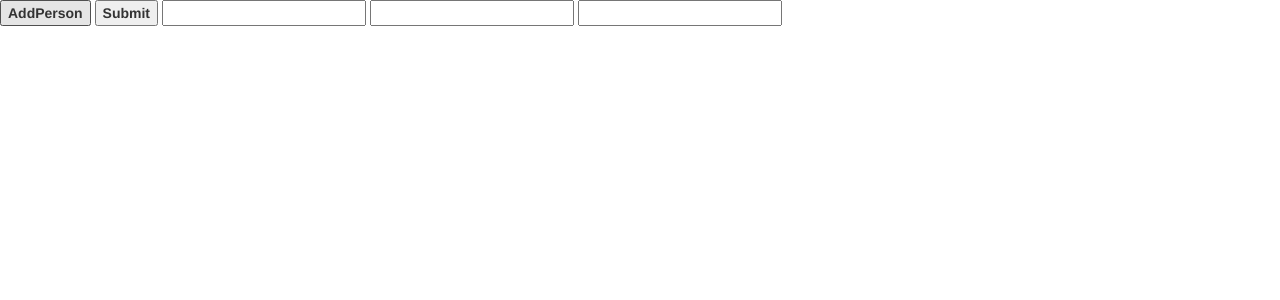
Repository: ManojAndroid/WellcomeToAndroidApp
Page: AddressBook_App/Bootstrap_Project/WebContent/index.html
The author's editor kept a copy of each file at every save. The page is drawn from the files as they stood at one save, then again after the next save.
The browser window is 1280 px wide. The pictures show the whole page.

Above is the page before, as saved 2017-04-18 11:20:13.
Console error (its wording comes from the project's code and is left out).

### AddressBook_App/Bootstrap_Project/WebContent/index.html
<!DOCTYPE html>
<html>
<head>
<meta charset="UTF-8">
<title>Insert title here</title>
<link rel="stylesheet"
	href="https://maxcdn.bootstrapcdn.com/bootstrap/3.3.7/css/bootstrap.min.css"
	integrity="sha384-BVYiiSIFeK1dGmJRAkycuHAHRg32OmUcww7on3RYdg4Va+PmSTsz/K68vbdEjh4u"
	crossorigin="anonymous">
<link rel="stylesheet"
	href="https://maxcdn.bootstrapcdn.com/bootstrap/3.3.7/css/bootstrap-theme.min.css"
	integrity="sha384-rHyoN1iRsVXV4nD0JutlnGaslCJuC7uwjduW9SVrLvRYooPp2bWYgmgJQIXwl/Sp"
	crossorigin="anonymous">
<script
	src="https://maxcdn.bootstrapcdn.com/bootstrap/3.3.7/js/bootstrap.min.js"
	integrity="sha384-Tc5IQib027qvyjSMfHjOMaLkfuWVxZxUPnCJA7l2mCWNIpG9mGCD8wGNIcPD7Txa"
	crossorigin="anonymous"></script>

</head>
<body>
<form action="">
<label><input type="submit" value="AddPerson"></label>
<label><input type="submit"></label>
<label><input type="AddPerson"></label>
<label><input type="AddPerson"></label>
<label><input type="AddPerson"></label>



</form>

</body>
</html>

After the next save:
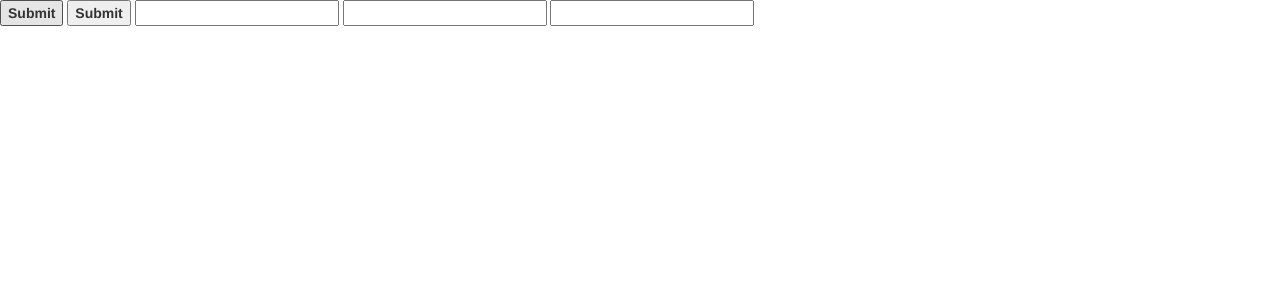
Saved 2 min 48 s later.
--- a/AddressBook_App/Bootstrap_Project/WebContent/index.html
+++ b/AddressBook_App/Bootstrap_Project/WebContent/index.html
@@ -19,7 +19,7 @@
 </head>
 <body>
 <form action="">
-<label><input type="submit" value="AddPerson"></label>
+<label><input type="submit"></label>
 <label><input type="submit"></label>
 <label><input type="AddPerson"></label>
 <label><input type="AddPerson"></label>
